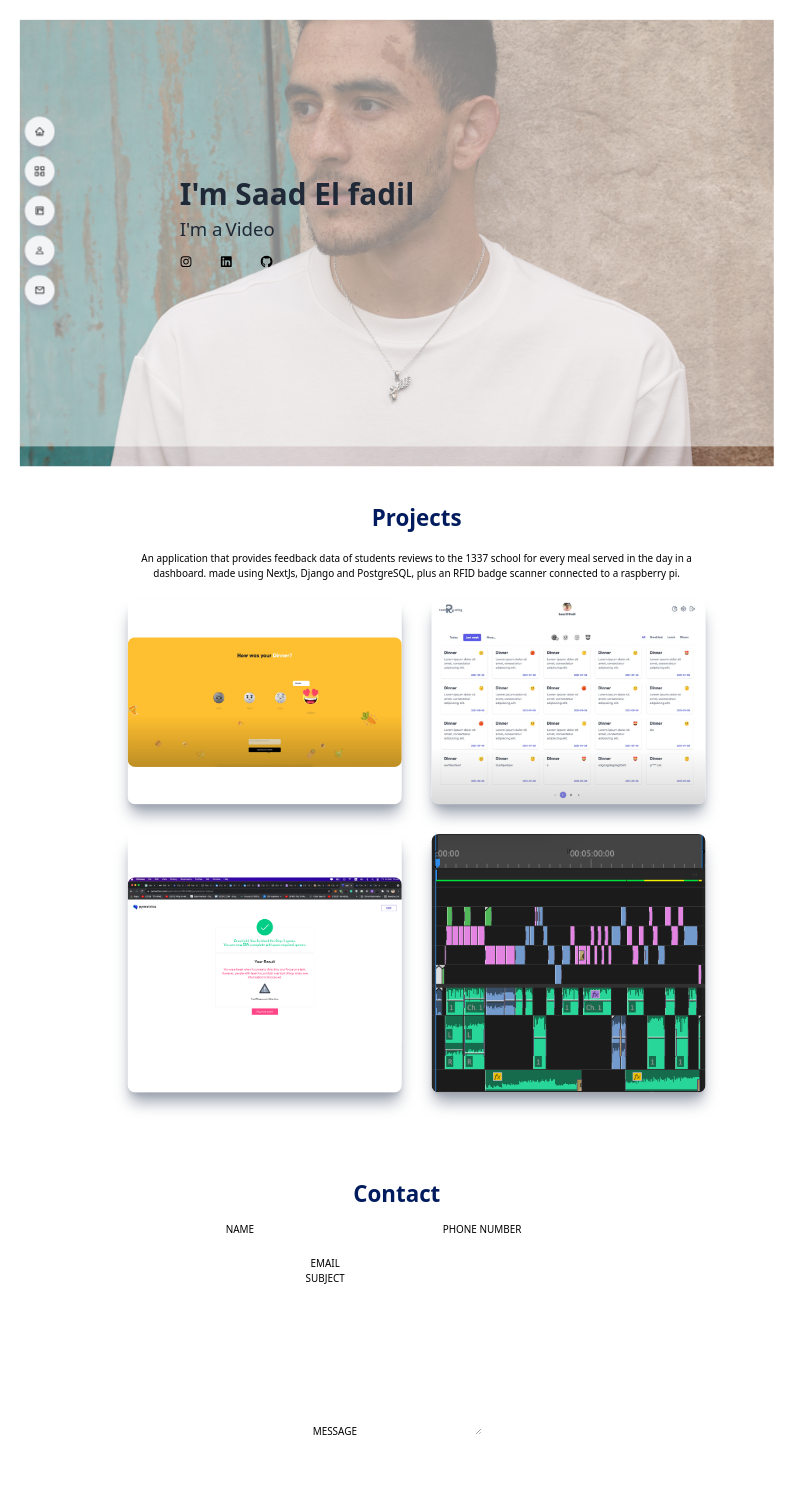
Repository: Saadelfadil/saadelfadil.github.io
Page: /
An editor plug-in stored every save of this project. The page is shown before and after a run of saves, followed by the edit.
The browser window is 1280 px wide. The pictures show the whole page, at 62% of full size.
The project was rebuilt for these pictures with package versions that can differ from the ones it lists, and the page was loaded fresh each time. Also part of the build but not shown: vite.config.js.

Above is the page before, as saved 2023-02-26 18:53:39.

After the next 2 saves:
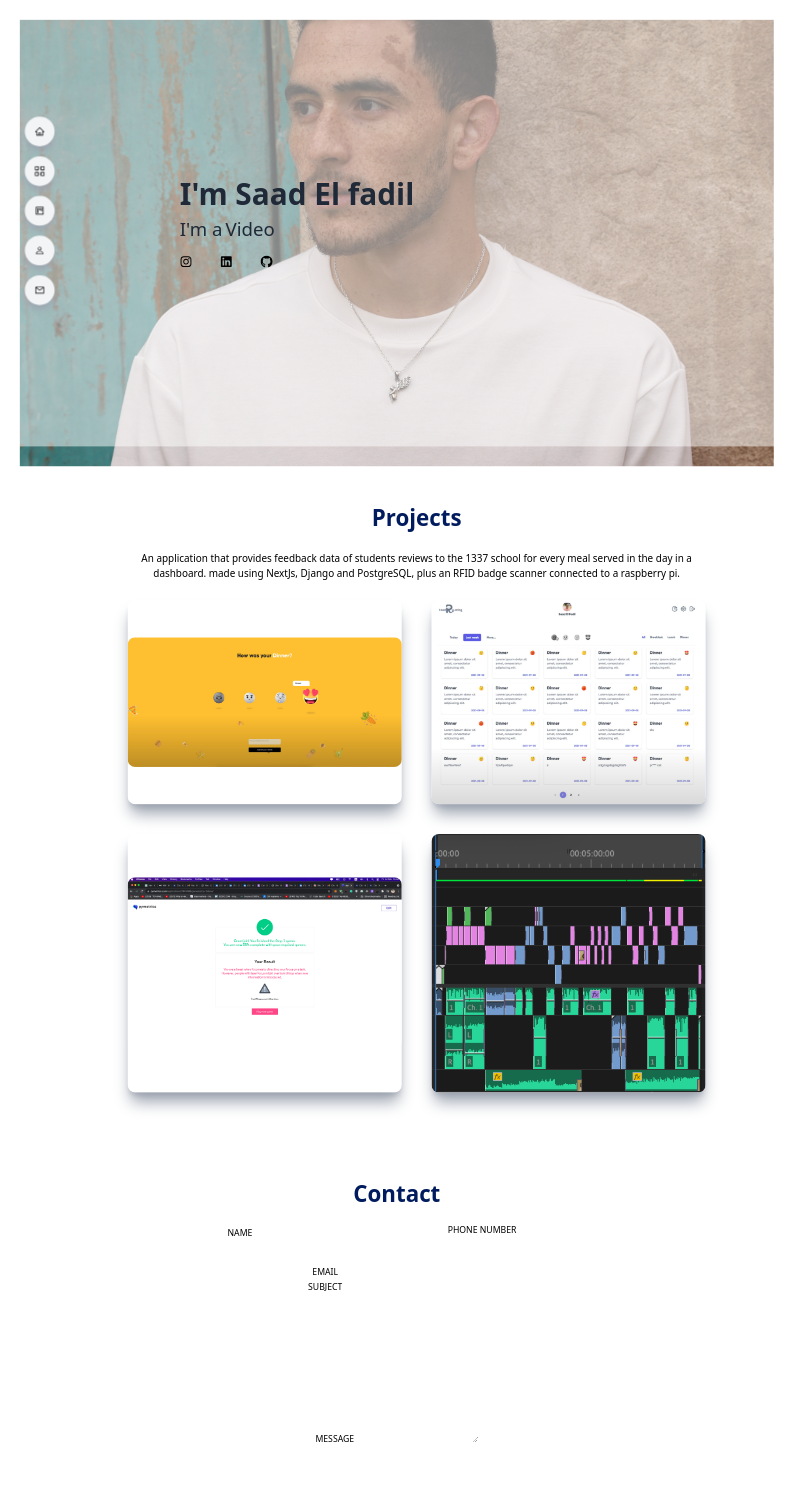
The 2 saves are shown as one change because they came seconds apart.
The last was saved 10 s later.
--- a/src/components/Contact.jsx
+++ b/src/components/Contact.jsx
@@ -9,24 +9,24 @@ const Contact = () => {
         <form action="" method="POST" encType="multipart/form-data" >
             <div className="grid md:grid-cols-2 gap-4 w-full py-2">
                 <div className="flex flex-col">
-                    <label className="uppercase text-" htmlFor="">Name</label>
+                    <label className="uppercase text-sm py-2" htmlFor="">Name</label>
                     <input type="text" name="name" />
                 </div>
                 <div>
-                    <label className="uppercase text-" htmlFor="">Phone Number</label>
+                    <label className="uppercase text-sm py-2" htmlFor="">Phone Number</label>
                     <input type="text" name="phone" />
                 </div>
             </div>
             <div>
-                <label className="uppercase text-" htmlFor="">Email</label>
+                <label className="uppercase text-sm py-2" htmlFor="">Email</label>
                 <input type="email" name="email"/>
             </div>
             <div>
-                <label className="uppercase text-" htmlFor="">Subject</label>
+                <label className="uppercase text-sm py-2" htmlFor="">Subject</label>
                 <input type="text" name="subject"/>
             </div>
             <div>
-                <label className="uppercase text-" htmlFor="">Message</label>
+                <label className="uppercase text-sm py-2" htmlFor="">Message</label>
                 <textarea rows='10' name="message"></textarea>
             </div>
 
